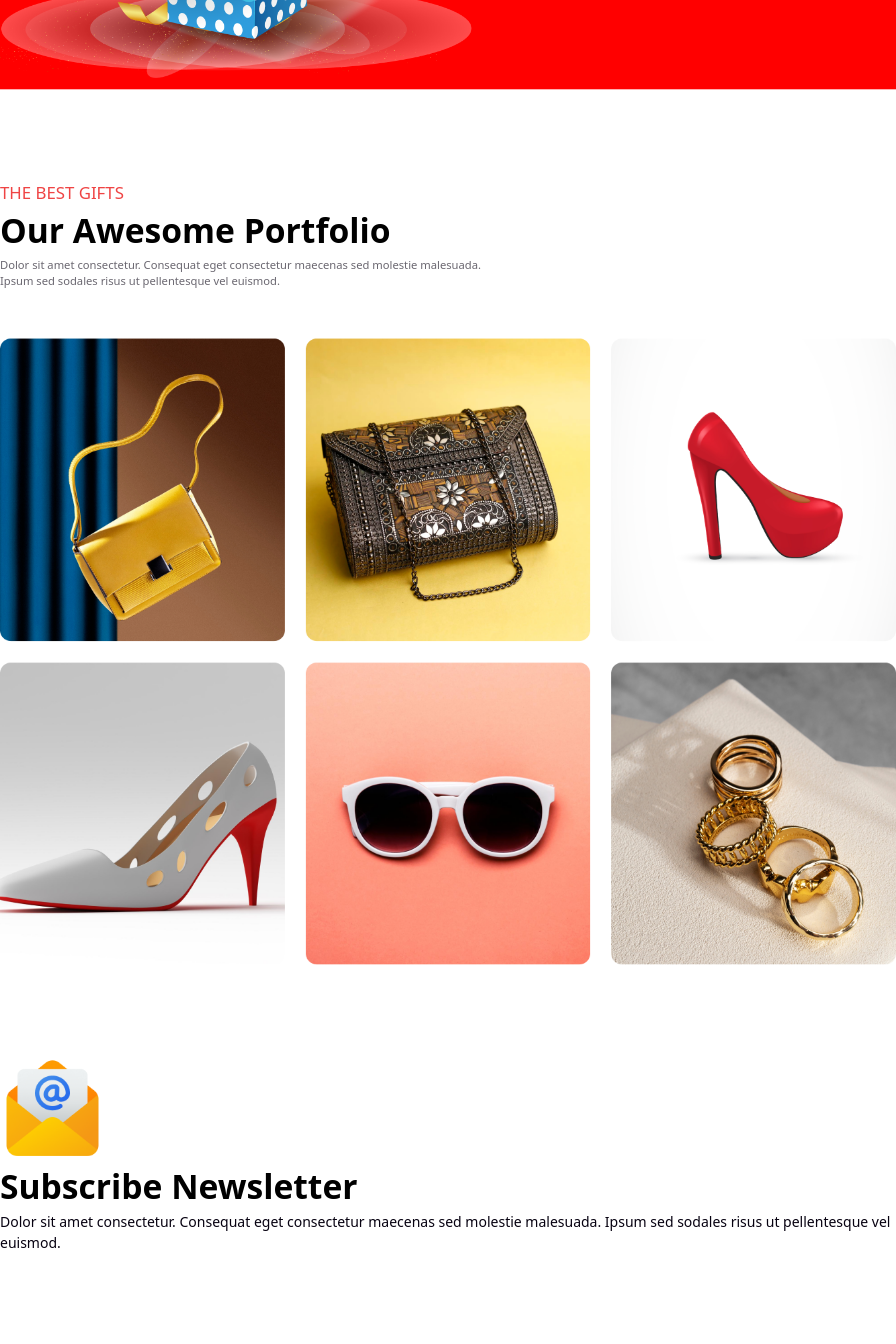
Repository: nahid-hasann/landing-page-1
Page: index.html
The author's editor kept a copy of each file at every save. The page is drawn from the files as they stood at one save, then again after a run of saves.
The browser window is 1280 px wide. The pictures show the part of the page from y = 4412 to 6332 px (the page is 6332 px tall), at 70% of full size.
Some web libraries are served in a nearby version.

Above is the page before, as saved 2025-07-09 21:54:50.

### index.html
<!DOCTYPE html>
<html lang="en">
<head>
    <meta charset="UTF-8">
    <meta name="viewport" content="width=device-width, initial-scale=10">
    <title>Document</title>
    <link rel="stylesheet" href="style.css">
    <script src="https://cdn.tailwindcss.com"></script>

</head>
<body>

<main class="main">

  <section>
      <div class="banner">

        <h6 style="color: white; text-align: center;">Happy New Year</h6>
        <h1 style="color: white; text-align: center;">New Year Party Celebration</h1>

    </div>
  </section>

<section class="discount-section">
      <div class="discount">

      <h1 class="discount-of">65% OFF</h1>
      <br>
      <br>
      <br>
      <p class="discount-p">OUR HOLIDAY DEALS ARE BETTER</p>
      <br>
      <h4 class="discount-h">ALL CATEGORIES</h4>
      <br>
      <img style="width: 802px; text-align: center; margin: auto;" src="images/New Year Photo.png" alt="">

  </div>
</section>

<section class="midnight-party">
      <div>
        <h1 style="font-size: 64px; color: white;">Welcome to midnight party</h1>
        <br>
        <p style="font-size: 18px; color: #b09f7c;">Dolor sit amet consectetur. Consequat eget consectetur maecenas sed molestie malesuada. Ipsum sed sodales risus ut pellentesque vel euismod. </p>
        <br>
        <p style="font-size: 20px ; font-weight: 700; color: white;">Join Now</p>
      </div>

      <img src="images/Group 70.png" alt="">

</section >

<section class=" offer">

         <p style="font-size: 30px;"><span style="color: red; font-size: 30px;">Place:</span> New Park Hotel</p>
         <br>
         <p style="font-size: 30px;"><span style="color: red; font-size: 30px;">Date:</span> 31 December Night 2023</p>
         <br>
         <p style="font-size: 30px;"><span style="color: red; font-size: 30px;">Time:</span> Evening 7.30 pm to 12.30 am</p>
         <br>
         <br>
         <button class="btn">Join Now</button>

</section>


<section class="new-best-offer">

<div class="new-offer1">
  <p style="font-size: 24px; color: red;">NEW BEST OFFER</p>
  <br>
  <h1 style="font-size: 48px;">Coming Soon</h1>
  <br>
  <p style="font-size: 20px ; color: rgba(7, 2, 17, 0.6);">Dolor sit amet consectetur. Consequat eget consectetur maecenas sed molestie malesuada. Ipsum sed sodales risus ut pellentesque vel euismod. </p>
</div>

<div style="padding-right: 100px;" class="new-offer2">
    <div class="circle-border">
      <img style="width: 364px; " src="images/Ellipse 1.png" alt="">
    </div>
</div>

<div class="new-offer3">
      <h2>2024</h2>
      <p>Dolor sit amet consectetur. Consequat eget consectetur maecenas sed.</p>
      <img src="images/Group 96.png" alt="">
</div>

</section>


<section class="holidays">

  <div>
    <p style="font-size: 24px ; text-align: center;">WHAT IS FUNCTIONAL</p>
    <br>
    <h1 style="font-size: 72px; text-align: center;"><span style="color: red; text-align: center;">Holidays</span> Sale 50%</h1>
    <br>
    <p style="text-align: center; font-size: 18px ; padding: 0px 100px;">Dolor sit amet consectetur. Consequat eget consectetur maecenas sed <br>
molestie malesuada. Ipsum sed  sodales risus ut pellentesque vel euismod. Eleifend nunc purus quam id <br> fermentum amet amet sit consectetur.</p>
  </div>

  <div class="holidays-img">
    <img class="img1" src="images/Group 75.png" alt="">
    <img class="img2" src="images/Group 44.png" alt="">
  </div>


</section>


<section class="img-show mb-[130px]">

   <div>
    <p class="text-red-500  text-[24px]">THE BEST GIFTS</p>
    <h1 class="text-[48px] font-bold">Our Awesome Portfolio</h1>
    <p class="text-[rgba(7,2,17,0.6)]">Dolor sit amet consectetur. Consequat eget consectetur maecenas sed molestie malesuada. <br>
    Ipsum sed sodales risus ut pellentesque vel euismod. </p>
   </div>

   <div class="img-show-1">
    <img src="images/Rectangle 3.png" alt="">
    <img src="images/Rectangle 4.png" alt="">
    <img src="images/Rectangle 5.png" alt="">
    <img src="images/Rectangle 6.png" alt="">
    <img src="images/Rectangle 7.png" alt="">
    <img src="images/Rectangle 8.png" alt="">
   </div>

</section>

<section class="subscrib-news-latter mb-[130px]">
     <div>
      <img class="w-[150px] h-[150px]" src="images/Group 61.png" alt="">
      <h1 class="text-[48px] font-bold">Subscribe Newsletter</h1>
      <p class="text-[20px] text-[#070211]">Dolor sit amet consectetur. Consequat eget consectetur maecenas sed molestie malesuada. Ipsum sed sodales risus ut pellentesque vel euismod. </p>
     </div>
</section>

</main>





</body>
</html>

### style.css
*{
    margin: 0;
    padding: 0;
    box-sizing: border-box;
}

.main{
    max-width: 1320px;
    margin: auto;
}

.banner{
    background: linear-gradient(rgba(0, 0, 0, 0.5), rgba(0, 0, 0, 0.5)), url(images/banner.png);
    background-repeat: no-repeat;
    background-size: cover;
    background-position: center;
    margin: 20px auto;
    height: 600px;
    display: flex;
    flex-direction: column;
    justify-content: center;
    border-radius: 15px;

}

.banner h1 {
   font-size: 72px;
}

.banner h6{
    font-size: 32px;
}

.discount{
    display: flex;
    flex-direction: column;
    justify-content: center;
    align-items: center;
}

.discount-of{
    font-size: 88px;
    color: red;
}

.discount-p{
    font-size: 24px ;
    color: red;

}

.discount-h{
    font-size: 48px;
}

.discount-section{
    margin: 130px 0;
}

.midnight-party{
    display: flex;
    justify-content: space-around;
    background: linear-gradient(rgba(0, 0, 0, 0.5), rgba(0, 0, 0, 0.5)), url('images/Vectorrr.png');
    align-items: center;
    padding: 40px 100px;
    border-radius: 10px;
    gap: 40px;
    margin-bottom: 130px;
}

.offer{
    background: linear-gradient(to bottom, #ffeaea, #ffffff);
    padding: 100px;
    display: flex;
    flex-direction: column;
    align-items: center;
    margin-bottom: 130px;
    border-radius: 10px;
}

.btn{
    padding: 13px 24px;
    border: none;
    background-color: red;
    border-radius: 5px;
}

.new-best-offer{
    display: flex;
    gap: 50px;
    align-items: center;
    justify-content: space-between;
    margin: 130px auto;
}

.new-offer2 .circle-border{
    width: 500px;
    height: 500px;
    border-radius: 50%;
    display: flex;
    justify-content: center;
    background: transparent;
    align-items: center;
    border: 20px solid red;

}

.new-offer2 img {
    width: 90%;                 /* Size adjust */
    height: auto;
    object-fit: cover;          /* Maintain image aspect */
}

.holidays{
    margin-bottom: 130px;
}

.img1{
    width: 674px;
}

.img2{
    width: 200px;
    margin-bottom: 300px;
    margin-right: 70px;
}

.holidays-img{
    background-image: url('images/rectangle.png');
    background-repeat: no-repeat;
    background-position: center bottom;
    display: flex;
    justify-content: space-between;
    align-items: flex-end;
    margin-top: 50px;
}

.img-show-1{

    display: grid;
    grid-template-columns: 1fr 1fr 1fr;
    column-gap: 30px;
    row-gap: 30px;
    margin-top: 70px;
}

After the next 2 saves:
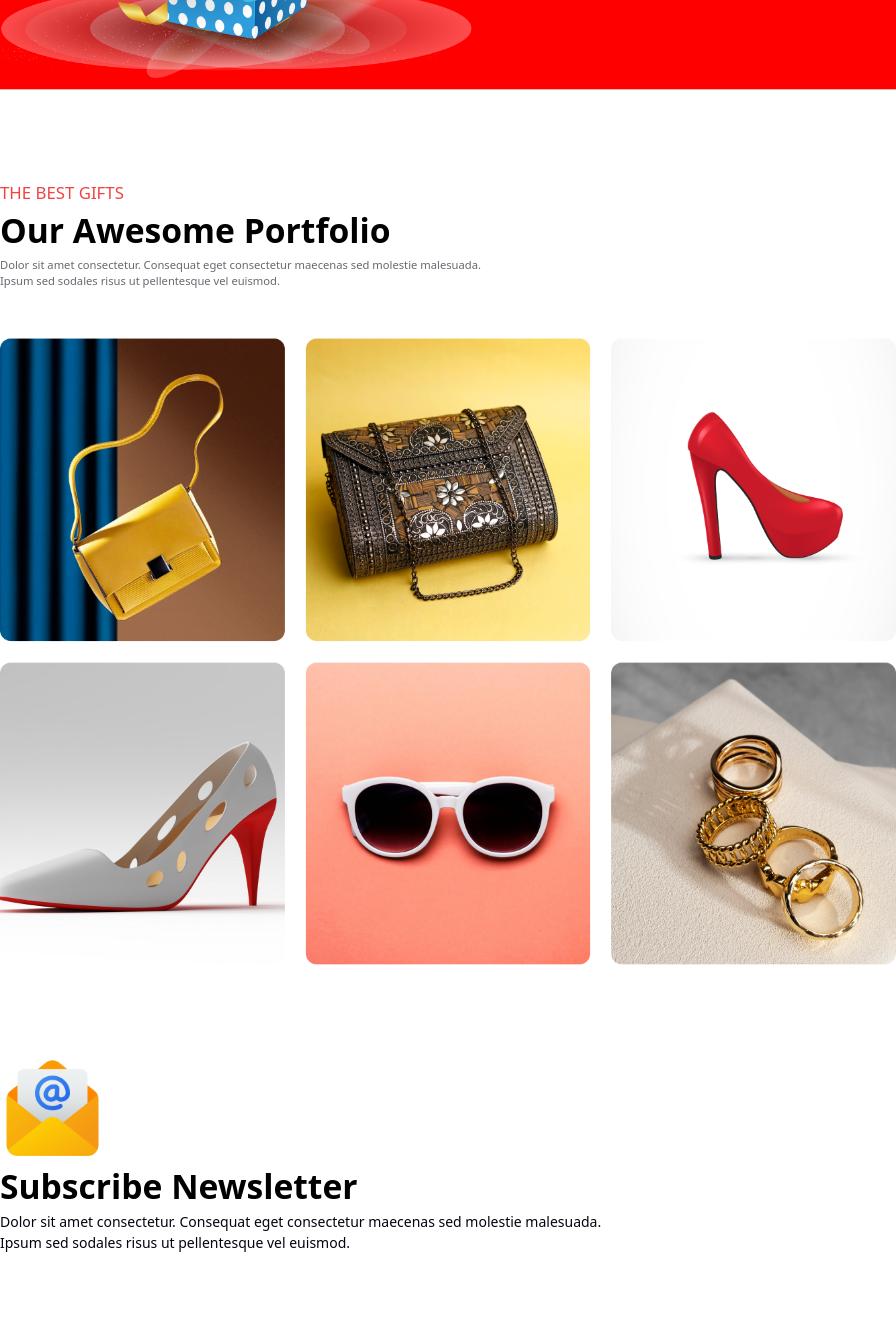
The 2 saves are shown as one change because they came seconds apart.
The last was saved 25 s later.
--- a/index.html
+++ b/index.html
@@ -133,7 +133,8 @@ molestie malesuada. Ipsum sed  sodales risus ut pellentesque vel euismod. Eleife
      <div>
       <img class="w-[150px] h-[150px]" src="images/Group 61.png" alt="">
       <h1 class="text-[48px] font-bold">Subscribe Newsletter</h1>
-      <p class="text-[20px] text-[#070211]">Dolor sit amet consectetur. Consequat eget consectetur maecenas sed molestie malesuada. Ipsum sed sodales risus ut pellentesque vel euismod. </p>
+      <p class="text-[20px] text-[#070211]">Dolor sit amet consectetur. Consequat eget consectetur maecenas sed molestie malesuada.
+        <br> Ipsum sed sodales risus ut pellentesque vel euismod. </p>
      </div>
 </section>
 
